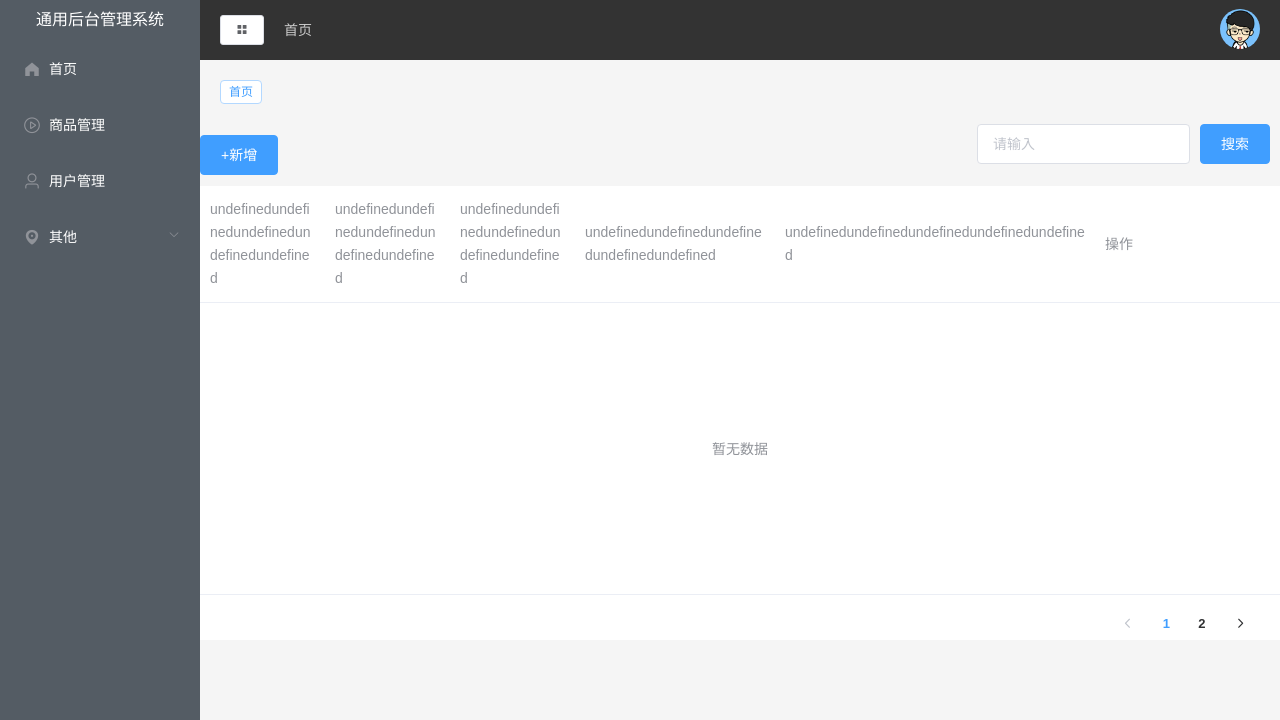
Repository: erwtt/git-demo
Page: /user (app in 后台管理系统/)
The author's editor kept a copy of each file at every save. The page is drawn from the files as they stood at one save, then again after the next save.
The browser window is 1280 px wide. The pictures show the whole page.
The project was rebuilt for these pictures with package versions that can differ from the ones it lists, and the page was loaded fresh each time. Also part of the build but not shown: 后台管理系统/vue.config.js.

Above is the page before, as saved 2022-05-16 17:14:05.

### 后台管理系统/src/main.js
import Vue from 'vue'
import App from './App.vue'
import{Container,Main,Header,Aside} from 'element-ui'
import ElementUI from 'element-ui';
import 'element-ui/lib/theme-chalk/index.css';
import router from './router'
import './assets/less/index.less'
import store from './store'
import http from 'axios'
import '../api/mock.js'
import echarts from 'echarts'
Vue.prototype.$echarts = echarts

Vue.config.productionTip = false
Vue.use(ElementUI)
// Vue.use(Container)
// Vue.use(Main)
// Vue.use(Header)
// Vue.use(Aside)
Vue.prototype.$http = http

new Vue({
  router,
  store,
  render: h => h(App),
}).$mount('#app')

### 后台管理系统/src/App.vue
<template>
  <div>
    <router-view></router-view>
  </div>
</template>

<script>

export default {
  name:'app',

}

</script>

<style>
  html,body{
    margin:0;
    padding: 0;
  }
</style>

### 后台管理系统/src/router/index.js
import Vue from 'vue'
import VueRouter from 'vue-router'
import Main from '../views/main.vue'

Vue.use(VueRouter)
const routes = [{
    path:'/',
    name:'Main',
    component:Main,
    children:[
        {
            path:'/home',
            name:'home',
            component:() => import('../views/home')
        },
        {
            path:'/user',
            name:'user',
            component:() => import('../views/user')
        },
        {
            path:'/mall',
            name:'mall',
            component:() => import('../views/mall')
        },
        {
            path:'/page1',
            name:'page1',
            component:() => import('../views/other/page1')
        },
        {
            path:'/page2',
            name:'page2',
            component:() => import('../views/other/page2')
        }
    ]
}]

export default new VueRouter({
    mode:'history',
    routes
})

### 后台管理系统/src/store/index.js
import Vue from 'vue'
import Vuex from 'vuex'
import tab from './tab'
Vue.use(Vuex)


export default new Vuex.Store({
    modules:{
        tab
    }
})

### 后台管理系统/api/mock.js
import Mock from 'mockjs'
import homeApi from './mockServeData/home.js'
import userApi from './mockServeData/user'

Mock.mock('/home/getData',homeApi.getStatisticalData)
Mock.mock(/user\/add/,'post',userApi.createUser)
Mock.mock(/user\/edit/,'post',userApi.updateUser)
Mock.mock(/user\/getUser/,'get',userApi.getUserList)
Mock.mock(/user\/del/,'post',userApi.deleteUser)

### 后台管理系统/src/views/main.vue
<template>
  <el-container style="height: 100%">
    <el-aside width="auto">
      <common-aside></common-aside>
    </el-aside>
    <el-container>
      <el-header>
        <common-header></common-header>
      </el-header>
      <common-tag></common-tag>
      <el-main>
        <router-view></router-view>
      </el-main>
    </el-container>
  </el-container>

</template>

<script>
//import CommonHeaderVue from '@/components/CommonHeader.vue'
//import { component } from 'vue/types/umd'
import CommonAside from '../components/CommonAside.vue'
import CommonHeader from '../components/CommonHeader.vue'
import CommonTag from '../components/CommonTag.vue'
export default {
  name:'Home',
  data(){
    return{

    }
  },
  components:{
    CommonAside,
    CommonHeader,
    CommonTag
  }
}
</script>

<style lang='less' scoped>
  .el-header{
    background: #333;
  }
  .el-main{
    padding: 0;
  }
</style>

### 后台管理系统/src/views/user/index.vue
<template>
  <div class="manage">
     <el-dialog
        :title="operateType === 'add' ? '新增用户' : '更新用户'"
        :visible.sync="isShow"
      >
        <common-form
            :formLabel="operateFormLabel"
            :form="operateForm"
            :inline="true"
            ref="form"
        ></common-form>
        <div slot="footer" class="dialog-footer">
            <el-button @click="isShow = false">取消</el-button>
            <el-button type="primary" @click="confirm">确定</el-button>
        </div>
        </el-dialog>
        <div class="manage-header">
            <el-button type="primary" @click="addUser">+新增</el-button>
             <common-form
            :formLabel="formLabel"
            :form="searchForm"
            :inline="true"
            ref="form"
        >
            <el-button type="primary" @click="getList" >搜索</el-button>
        </common-form>
        </div>
         <!-- ------------------------表格 ----------------------->
        <common-table
            :tableData="tableData"
            :tableLabel="tableLabel"
            :config="config"
            @changePage="getList()"
            @edit="editUser"
            @del="delUser"
        ></common-table>
  </div>
</template>

<script>
import CommonForm from '../../components/CommonForm.vue'
import {getUser} from '../../../api/data'
import CommonTable from '../../components/CommonTable.vue'
export default {
    name:'User',
    components:{
        CommonForm,
        CommonTable
    },
    data(){

       return{
            operateType:'add',
            isShow:false,
            operateFormLabel: [
                    {
                        model: 'name',
                        label: '姓名',
                        type: 'input'
                    },
                    {
                        model: 'age',
                        label: '年龄',
                        type: 'input'
                    },
                    {
                        model: 'sex',
                        label: '性别',
                        type: 'select',
                        opts: [
                            {
                                label: '男',
                                value: 1
                            },
                            {
                                label: '女',
                                value: 0
                            }
                        ]
                    },
                    {
                        model: 'birth',
                        label: '出生日期',
                        type: 'date'
                    },
                    {
                        model: 'addr',
                        label: '地址',
                        type: 'input'
                    }
                ],
                operateForm:{
                    name:'',
                    addr:'',
                    age:'',
                    birth:'',
                    sex:''
                },
                formLabel:[{
                    model:'keyword',
                    label:'',
                    type:'input'
                }],
                searchForm:{
                    keyword:''
                },
                tableData:[],
                tableLabel:[
                    {
                        prop:'name',
                        label:'姓名'
                    },
                    {
                        prop:'age',
                        label:'年龄'
                    },
                    {
                        prop:'sex',
                        label:'性别'
                    },
                    {
                        prop:'birth',
                        label:'出生日期',
                        width:200
                    },
                    {
                        prop:'addr',
                        label:'地址',
                        width:320
                    }
                ],
                config:{
                    page:1,
                    total:30
                }
        }
    },
    methods: {
        confirm(){
            if(this.operateType === 'edit'){
                this.$http.post('/user/edit',this.operateForm).then(res =>{
                    this.isShow = false
                    console.log(res)
                    this.getList()
                })
            }
            else{
                this.$http.post('/user/add', this.operateForm).then(res => {
                    this.isShow = false
                     console.log(res)
                     this.getList()
                })
            }
        },
        addUser(){
            this.isShow = true;
            this.operateType = 'add'
            this.operateForm={
                    name:'',
                    addr:'',
                    age:'',
                    birth:'',
                    sex:''
            }
        },
        getList(name = ''){
             this.config.loading = true
                name ? (this.config.page = 1) : ''
            getUser({
                page:this.config.page,
                name
            }).then(res=>{
                this.tableData = res.list.map(item=>{
                    item.sexLabel = item.sex === 0 ? "女":"男"
                    return item
                })
                this.config.total = res.count
                this.config.loading = false
            })

        },
        editUser(row){
            this.operateType = 'edit'
            this.isShow = true
            this.operateForm = row
        },
        delUser(row){
            this.$confirm("此操作将删除该组件，是否继续？","提示",{
                confirmButtonText:"确认",
                cancelButtonText:"取消",
                type:"warning"
            }).then(()=>{
                const id = row.id
                this.$http.get('user/del',{
                    params:{id}
                }).then(res=>{
                    this.$manage({
                        type:'success',
                        message:'删除成功',
                    })
                    this.getList()
                })
            })

        }
    },


}
</script>

<style lang="less" scoped>
.manage-header{
    display:flex;
    justify-content:space-between ;
    align-items:center;
}

</style>

### 后台管理系统/src/assets/less/home.less
.home {
    .user {
      display: flex;
      align-items: center;
      padding-bottom: 20px;
      margin-bottom: 20px;
      border-bottom: 1px solid #ccc;
      img {
        width: 150px;
        height: 150px;
        border-radius: 50%;
        margin-right: 40px;
      }
      &info {
        .name {
          font-size: 32px;
          margin-bottom: 10px;
        }
        .access {
          color: #999999;
        }
      }
    }
    .login-info {
      p {
        line-height: 28px;
        font-size: 14px;
        color: #999999;
        span {
          color: #666666;
          margin-left: 60px;
        }
      }
    }
    .num {
      display: flex;
      flex-wrap: wrap;
      justify-content: space-between;
      .el-card {
        width: 32%;
        margin-bottom: 20px;
      }
      .icon {
        font-size: 30px;
        width: 80px;
        height: 60px;
        text-align: center;
        line-height: 60px;
        color: #fff;
      }
      .detail {
        margin-left: 15px;
        display: flex;
        flex-direction: column;
        justify-content: center;
        .num {
          font-size: 30px;
          margin-bottom: 10px;
        }
        .txt {
          font-size: 14px;
          text-align: center;
          color: #999999;
        }
      }
    }
    .graph {
      margin-top: 20px;
      display: flex;
      justify-content: space-between;
      .el-card {
        width: 48%;
      }
    }
  }

### 后台管理系统/src/store/tab.js
//import request from '@/api'

export default{
    namespaced:true,
    state:{
        isCollapse: false,
        tabsList:[
            {
                path:'/home',
                name:'home',
                label:'首页',
                icon:'home'
            }
        ],
        currentMenu: null,
        login: {}
    },
    mutations:{
        collapseMenu(state){
            state.isCollapse = !state.isCollapse
        },
        selectMenu(state, val){
            if(val.name != 'home'){
                state.currentMenu = val
                const result = state.tabsList.findIndex(item => item.name === val.name)
                if(result === -1)
                    state.tabsList.push(val)
            }
            else{
                state.currentMenu = null
            }
        },
        closeTag(state, val){
            const result = state.tabsList.findIndex(item => item.name === val.name)
            if(result !== -1){
                state.tabsList.splice(result,1)
            }
        },
        // login(state, res){
        //     state.login = res
        // }
    },
    // actions:{
    //     login({commit}){
    //         request.login().then((res)=>{
    //             commit('login', res)
    //         })

    //     }
    // }
}

### 后台管理系统/src/components/CommonAside.vue
<template>
<div>
<!-- <el-radio-group v-model="isCollapse" style="margin-bottom: 20px;">
  <el-radio-button :label="false">展开</el-radio-button>
  <el-radio-button :label="true">收起</el-radio-button>
</el-radio-group> -->

  <el-menu
    default-active="1-4-1"
    class="el-menu-vertical-demo"
    @open="handleOpen"
    @close="handleClose"
    :collapse="isCollapse"
    background-color="#545c64"
    text-color='#fff'
    active-text-color='#ffd04b'
  >
    <h3>
        {{isCollapse ? '后台':'通用后台管理系统'}}
    </h3>
  <el-menu-item @click='clickMenu(item)' v-for='item in noChildren'  :index='item.path' :key='item.path'>
      <i :class='"el-icon-"+item.icon'></i>
      <span slot="title">{{item.label}}</span>
    </el-menu-item>
    <el-submenu v-for='item in hasChildren' :index='item.path' :key='item.path'>
      <template slot="title">
        <i :class="'el-icon-'+item.icon"></i>
        <span slot="title">{{item.label}}</span>
      </template>
      <el-menu-item-group  v-for='item2 in item.children' :key='item2.path'>

        <el-menu-item @click='clickMenu(item2)' :index="item2.path">{{item2.label}}</el-menu-item>


      </el-menu-item-group>


    </el-submenu>



  </el-menu>
  </div>
</template>

<style lang="less" scoped>
.el-menu-vertical-demo:not(.el-menu--collapse) {
  width: 200px;
  min-height: 400px;
}
.el-menu{


    height: 100vh;
    border:none;
         h3{
            color: #fff;
            text-align: center;
            line-height: 40px;
        }
}

</style>

<script>
//import {mapMutations,mapState} from 'vuex'
export default {
  data() {
    return {
      //isCollapse: false,
      menu:[
        {
          path: '/',
          name: 'home',
          label: '首页',
          icon: 's-home',
          url: 'Home/Home'
        },
        {
          path: '/mall',
          name: 'mall',
          label: '商品管理',
          icon: 'video-play',
          url: 'MallManage/MallManage'
        },
        {
          path: '/user',
          name: 'user',
          label: '用户管理',
          icon: 'user',
          url: 'UserManage/UserManage'
        },
        {
          label: '其他',
          icon: 'location',
          children: [
            {
              path: '/page1',
              name: 'page1',
              label: '页面1',
              icon: 'setting',
              url: 'Other/PageOne'
            },
            {
              path: '/page2',
              name: 'page2',
              label: '页面2',
              icon: 'setting',
              url: 'Other/PageTwo'
            }
          ],
        }
      ]
    };
  },
  methods: {
    handleOpen(key, keyPath) {
      console.log(key, keyPath);
    },
    handleClose(key, keyPath) {
      console.log(key, keyPath);
    },
    clickMenu(item){
        this.$router.push({
            name:item.name
        })
        this.$store.commit('tab/selectMenu',item)
    }
  },
  computed:{
      noChildren(){
          return this.menu.filter(item=> !item.children)
      },
      hasChildren(){
          return this.menu.filter(item => item.children)
      },

      isCollapse(){
        return this.$store.state.tab.isCollapse
      }
  }
};
</script>

### 后台管理系统/src/components/CommonHeader.vue
<template>
  <header>
      <div class='l-content'>
          <el-button @click="dropdownClick" plain icon='el-icon-menu' size='mini'></el-button>
          <!-- <h3 style="color:#fff">首页</h3> -->
          <el-breadcrumb separator="/">
            <el-breadcrumb-item style="color:#dfa" v-for='item in tags' :key='item.path' :to="{ path: item.path }">{{item.label}}</el-breadcrumb-item>

        </el-breadcrumb>
      </div>
      <div class='r-content'>
          <el-dropdown  trigger="click" size='mini'>
              <span>
                  <img class='user' :src="userImg" >
              </span>
            <el-dropdown-menu slot="dropdown">
              <el-dropdown-item>个人中心</el-dropdown-item>
              <el-dropdown-item>退出</el-dropdown-item>
            </el-dropdown-menu>
          </el-dropdown>

      </div>
  </header>
</template>

<script>
import {mapMutations,mapState} from 'vuex'
export default {
    name:'CommonHeader',
    data(){
        return{
            userImg:require('../assets/images/user.png')
        }
    },
    methods: {
        // dropdownClick(){
        //     this.$store.commit('collapseMenu')
        // }
        ...mapMutations('tab',{dropdownClick:'collapseMenu'})

    },
    computed:{
        ...mapState({
            tags:state => state.tab.tabsList
        })
    }
}
</script>

<style  lang='less' scoped>
    header{
        display: flex;
        height: 100%;
        justify-content: space-between;
        align-items:center ;
    }
    .l-content{
        display: flex;
        align-content: center;
        .el-button{
            margin-right:20px;
        }
        .el-breadcrumb {
            line-height: 30px;
        }
       .el-breadcrumb  /deep/  .el-breadcrumb__inner
      {
        color: #ccc !important;				//你想要设置的字体颜色
    }
    }
    .r-content{
        .user{
            width: 40px;
            height: 40px;
            border-radius:50%;
        }
    }
</style>

### 后台管理系统/src/components/CommonTag.vue
<template>
  <div class='tabs'>
      <el-tag size='small' v-for='(tag, index) in tags' :key="tag.name" :closable="tag.name !== 'home'"
      :effect="$route.name === tag.name ? 'dark' : 'plain'"
      @click="changeMenu(tag)"
      @close='handleClose(tag, index)'>
         {{tag.label}}
      </el-tag>
  </div>
</template>

<script>
import {mapState,mapMutations} from 'vuex'
export default {
    name:'CommonTag',
    data(){
        return {

        }
    },
    computed:{
        ...mapState({
            tags:state => state.tab.tabsList
        }
        )
    },
    methods: {
        changeMenu(item){
            this.$router.push({name: item.name})
        },
        handleClose(tag, index){
            const length = this.tags.length-1
            this.close(tag)
            if(tag.name !== this.$route.name)
            return;
            if(index === length){
                this.$router.push({
                    name:this.tags[index-1].name
                })
            }
            else{
                this.$router.push({
                    name:this.tags[index].name
                })
            }
        },
        ...mapMutations('tab',{close:'closeTag'})
    },
}
</script>

<style lang="less" scoped>
    .tabs{
        padding: 20px;
        .el-tag{
            margin-right: 15px;
            cursor: pointer;
        }
    }
</style>

### 后台管理系统/api/data.js
import axios from "./axios";

export const getMenu = (param) => {
    return axios.request({
        url:'/permission/getMenu',
        method:'post',
        data:param
    })
}

export const getData = () =>{
    return axios.request({
        url:'/home/getData'
    })
}

export const getUser = (parse) =>{
    return axios.request({
        url:'/user/getUser',
        method:get,
        parse
    })
}

### 后台管理系统/src/components/CommonForm.vue
<template>
  <el-form ref="form" label-width="100px" :model="form" :inline="inline">
    <el-form-item
      v-for="item in formLabel"
      :key="item.label"
      :label="item.label"
    >
      <el-input
        v-if="item.type === 'input'"
        :placeholder="'请输入' + item.label"
        v-model="form[item.model]"
      >
      </el-input>
      <el-switch v-if="item.type === 'switch'" v-model="form[item.model]">
      </el-switch>
      <el-date-picker
        v-if="item.type === 'date'"
        type="date"
        value-format="yyyy-MM-dd"
        placeholder="选择日期"
        v-model="form[item.model]"
      ></el-date-picker>
      <el-select
        v-if="item.type === 'select'"
        placeholder="请选择"
        v-model="form[item.model]"
      >
        <el-option
            v-for="item in item.opts"
            :key="item.value"
            :label="item.label"
            :value="item.value"
        ></el-option>
      </el-select>
    </el-form-item>
    <el-form-item><slot></slot></el-form-item>
  </el-form>
</template>

<script>
export default {
  name: "CommonForm",
  props: {
    formLabel: Array,
    form: Object,
    inline: Boolean,
  },
  data(){
      return{

      }
  }
};
</script>

<style>
</style>

### 后台管理系统/src/components/CommonTable.vue
<template>
    <div class="common-table">
        <el-table :data="tableData" height="90%" script>
            <el-table-column
            show-overflow-tooltip='true'
            v-for="item in tableLabel"
            :key="item.prop"
            :label="tableLabel"
            :width="item.width ? item.width : 125"
            >
            <template slot-scope="scope">
                <span style="margin-left: 10px">{{scope.row[item.prop]}}</span>
            </template>
            </el-table-column>
            <el-table-column label="操作" min-width="180">
                <el-button size="mini" @click="handleEdit">编辑</el-button>
                <el-button size="mini" type="danger" @click="handleDelete">删除</el-button>
            </el-table-column>
        </el-table>
        <el-pagination
            class="pager"
            layout="prev,pager,next"
            :total="config.total"
            :current-Page.sync="config.page"
            @current-change="changePage"
            :pageSize="20"
        >

        </el-pagination>
    </div>
</template>

<script>
export default {
    name:'CommonTable',
    props:{
        tableData:Array,
        tableLabel:Array,
        config:Object,
    },
    data(){
        return{}
    },
    methods:{
        handleEdit(row){
            this.$emit('edit',row)
        },
        handleDelete(row){
            this.$emit('del',row)
        },
        changePage(page){
            this.$emit('changePage',page)
        }
    }
}
</script>

<style lang="less" scoped>
    .common-table{
        height: calc(100% - 62px);
        background-color:#fff;
        position:relative;
        .pager{
            position:absolute;
            bottom:0;
            right:20px;
        }
    }
</style>

### 后台管理系统/api/axios.js
import axios from 'axios'
import config from '../config'

const baseUrl = process.env.NODE_ENV === 'development' ? config.baseUrl.dev : config.baseUrl.pro

class HttpRequest{
    constructor(baseUrl){
        this.baseUrl = baseUrl
    }
    getInsideConfig(){
        const config = {
            baseUrl: this.baseUrl,
            header:{}
        }
        return config
    }
    interceptors(instance){
        // 添加请求拦截器
instance.interceptors.request.use(function (config) {
    // 在发送请求之前做些什么
    return config;
  }, function (error) {
    // 对请求错误做些什么
    console.log(error,'error')
    return Promise.reject(error);
  });

// 添加响应拦截器
instance.interceptors.response.use(function (response) {
    // 对响应数据做点什么
    // console.log(response,'response')
    return response;
  }, function (error) {
    console.log(error,'error')
    // 对响应错误做点什么
    return Promise.reject(error);
  });

    }
    request(options){
        const instance = axios.create()
        options = {...this.getInsideConfig(), ...options }
        this.interceptors(instance)
        return instance(options)
    }
}
export default new HttpRequest(baseUrl)

### 后台管理系统/config/index.js
export default{
    baseUrl:{
        dev:'/api/',           //开发者环境
        pro:''                 //生产者环境
    }
}

Loaded but not shown: 后台管理系统/public/index.html (common file); 后台管理系统/src/assets/less/index.less (common file); 后台管理系统/src/assets/less/common.less (common file); 后台管理系统/src/assets/less/reset.less (common file); 后台管理系统/api/mockServeData/user.js (140 lines, source omitted); 后台管理系统/api/mockServeData/home.js (135 lines, source omitted)

After the next save:
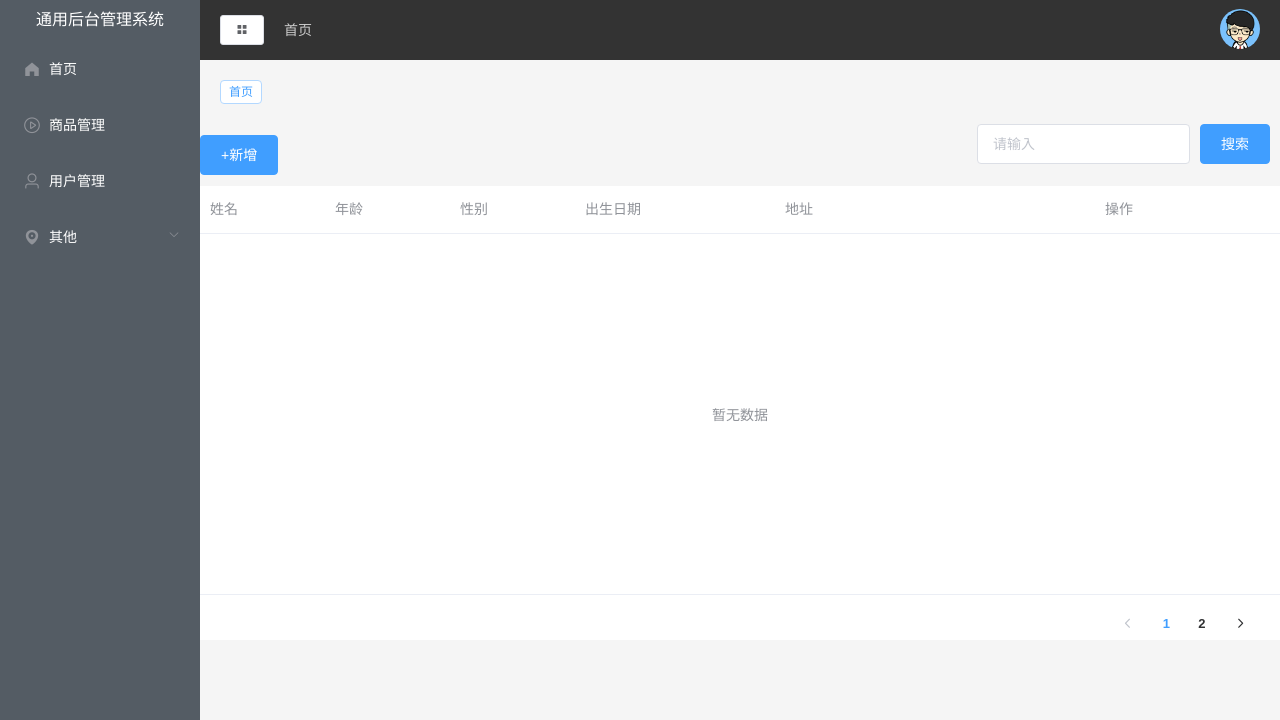
Saved 2 min 15 s later.
--- a/后台管理系统/src/components/CommonTable.vue
+++ b/后台管理系统/src/components/CommonTable.vue
@@ -5,7 +5,7 @@
             show-overflow-tooltip='true'
             v-for="item in tableLabel"
             :key="item.prop"
-            :label="tableLabel"
+            :label="item.label"
             :width="item.width ? item.width : 125"
             >
             <template slot-scope="scope">
